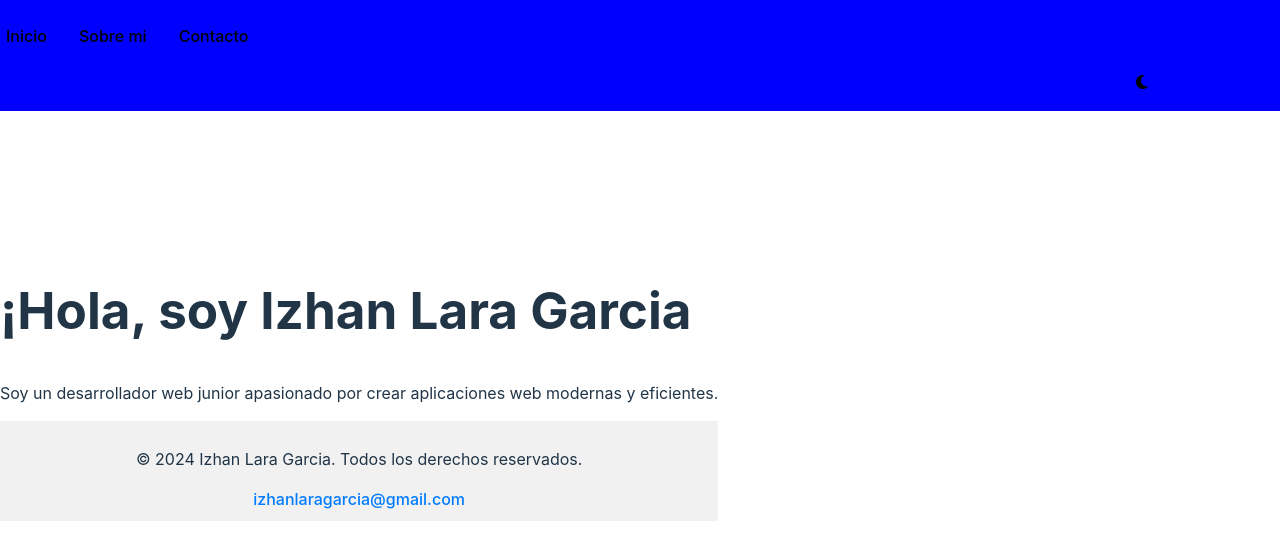
Repository: izhanlaraagarcia/izhanlaraagarcia.github.io
Page: / (app in vite-project/)
These files come from the project's save history. The page is drawn as it stood at one moment and after the next save; the edit follows.
The browser window is 1280 px wide. The pictures show the whole page.
The project was rebuilt for these pictures with package versions that can differ from the ones it lists, and the page was loaded fresh each time. Also part of the build but not shown: vite-project/vite.config.js, vite-project/src/Home/Styles/estilos.css, vite-project/src/pages/About/about.jsx, vite-project/src/pages/Contact/contact.jsx.

Above is the page before, as saved 2024-07-10 13:46:26.

After the next save:
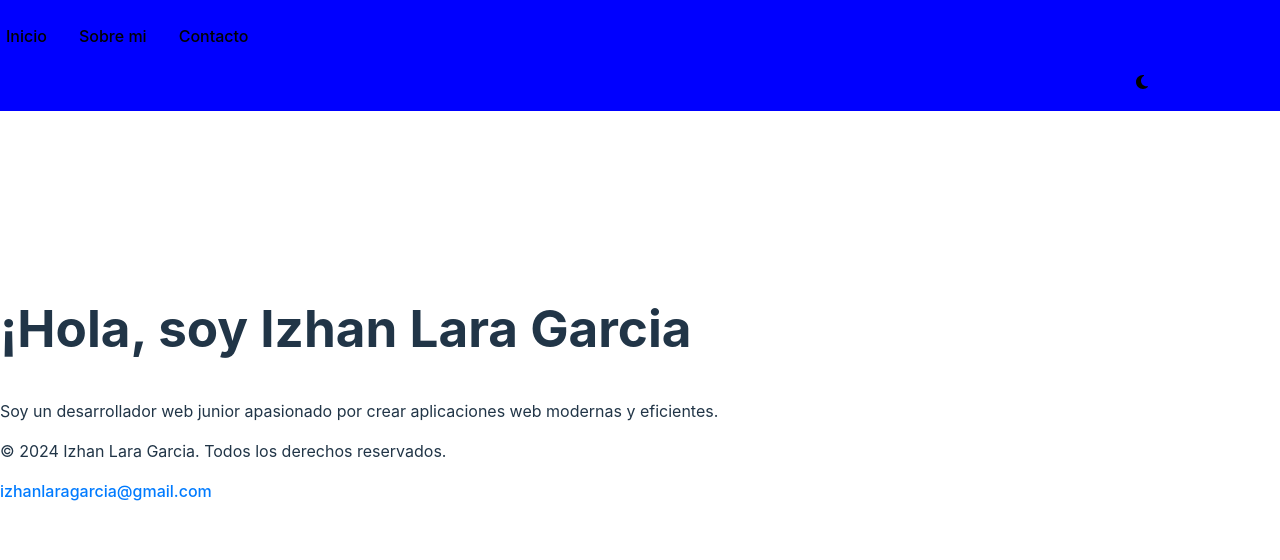
Saved 26 s later.
--- a/vite-project/src/Componentes-Generales/styles/banner.css
+++ b/vite-project/src/Componentes-Generales/styles/banner.css
@@ -53,13 +53,6 @@ header img {
 #social-media .social-icons a:hover {
   color: #007BFF;
 }
-
-#footer {
-  text-align: center;
-  padding: 10px;
-  background-color: #f1f1f1;
-}
-
 #footer a {
   color: #007BFF;
   text-decoration: none;
